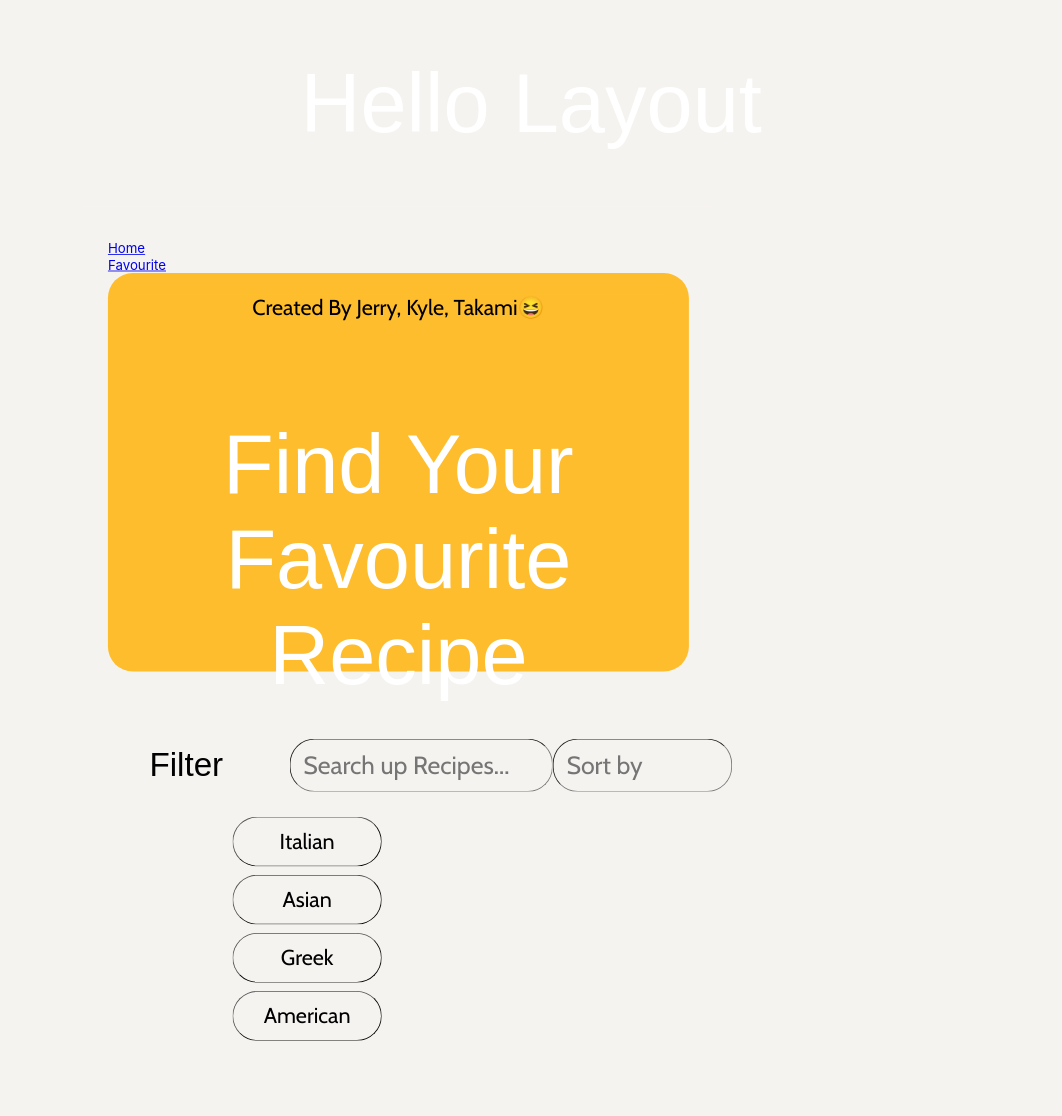
Repository: takamilinagaki/COMP3170-Project
Page: /
An editor plug-in stored every save of this project. The page is shown before and after the next save, followed by the edit.
The browser window is 1280 px wide. The pictures show the whole page, at 83% of full size.
Some web fonts or font styles are not loaded; a fallback is used. The project was rebuilt for these pictures with package versions that can differ from the ones it lists, and the page was loaded fresh each time. Also part of the build but not shown: src/routes/Favourite.jsx.

Above is the page before, as saved 2023-11-19 21:46:54.

### src/App.js
import { BrowserRouter, Routes } from "react-router-dom";
import "./styles.css";
import { config } from "./routes/config";

export default function App(){
  return (
    <BrowserRouter>
    <Routes>
      {config}
    </Routes>
    </BrowserRouter>
  )
}

### src/styles.css
body {
    background-color: #F5F3F0;
  }
  .App {
    display: flex;
    flex-direction: column;
    padding: 10px 30px;
    margin: 0px 100px;
  }

  .homePageTopSection{
    height: 480px;
    background-color: #FEBD2D;
    border-radius: 30px;
    font-family: 'Cabin', sans-serif;
    margin: 0px 100px;
  }

  .navBar{
    padding: 0 30px;
  }

  h1{
    font-size: 100px;
    color: white;
    text-align: center;
    font-weight: normal;
    font-family: 'Cagliostro', sans-serif;
  }


  button{
    width: 180px;
    height: 60px;
    border-radius: 40px;
    border-width: 1px;
    background-color: #F5F3F0;
    font-size: 26px;
    font-family: 'Cabin', sans-serif;
  }

  button:hover{
    background-color: #FEBD2D;
  }

  .filterButtons{
    display: flex;
    flex-direction: column;
    gap: 10px;
  }

  .searchings{
    display: flex;
    flex-direction: row;
    align-items: center;
    justify-content: space-between;
  }

  .searchResults{
    display: flex;
    flex-direction: row;
  }

  .cards{
    display: grid;
    grid-template-columns: auto auto auto;
    gap: 30px
  }

  .searchInput{
    width: 670px;
    height: 60px;
    border-radius: 30px;
    font-size: 30px;
    border-width: 1px;
    background-color: #F5F3F0;
    font-family: 'Cabin', sans-serif;
  }

  .sort{
    width: 210px;
    height: 60px;
    border-radius: 30px;
    font-size: 30px;
    border-width: 1px;
    background-color: #F5F3F0;
    font-family: 'Cabin', sans-serif;
  }

  .filterFont{
    font-size: 40px;
    padding-right: 80px;
    font-family: 'Cagliostro', sans-serif;
  }

  .bottomSection{
    padding: 50px 50px;
  }

  .searchResults{
    padding: 0px 30px;
    justify-content: space-between;
  }

  @media (max-width: 1439px) {
    .App {
      width: 700px;
    }
  }

  @media (max-width: 2560px) {
    .App {
      display: flex;
      flex-direction: column;
      padding: 40px 30px;
      background-color: #F5F3F0;
      margin: 0px 100px;
    }
    .homePageTopSection{
      background-color: #FEBD2D;
      border-radius: 30px;
      font-family: 'Cabin', sans-serif;
      margin: 0;
    }
    .searchResults {
      padding: 0px 30px;
      padding-left: 100px;
      gap: 60px;
  }
  }

### src/routes/config.jsx
import { Route } from "react-router-dom";

import Layout from "../components/Layout";

import HomePage from "../routes/HomePage";
import Favourite from "../routes/Favourite";

export const config = (
    <Route element={<Layout/>}>
        <Route path ="/">
            <Route index element={<HomePage/>}/>
            <Route path="Favourite">
                <Route index element={<Favourite/>}/>
                <Route path=":id" element={<Favourite/>} />
            </Route>
        </Route>
    </Route>
)

### src/components/Layout.jsx
import { Outlet } from "react-router-dom";

export default function Layout(){
    return (
        <div>
            <h1>Hello Layout</h1>
            <Outlet/>
        </div>
    )
}

### src/routes/HomePage.jsx
import { Link } from "react-router-dom";

export default function HomePage() {
  return (
    <div className="App">
        <Link to="/">Home</Link>
        <Link to="Favourite">Favourite</Link>
      <div className="homePageTopSection">
        <div className="navBar">
        <div style={{
            width:'100%',
            height: '80px',
            backgroundColor: '#FEBD2D',
            fontSize: '16px',
            textAlign: 'center',
            alignSelf: 'center'
        }}>
          <p style={{fontSize: 26}}>Created By Jerry, Kyle, Takami😆</p>
        </div>
        </div>
         <h1>Find Your Favourite Recipe</h1>
      </div>

<div className="bottomSection">
   <div className="searchings">
          <p className="filterFont">Filter</p>
          <input
           className="searchInput"
           type="text"
           placeholder='  Search up Recipes...'/>

           <input
           className="sort"
           placeholder='  Sort by'
           />
    </div>

    <div className="searchResults">
         <div className="filterButtons">
          <button>Italian</button>
          <button>Asian</button>
          <button>Greek</button>
          <button>American</button>
         </div>

         <div className="cards">

         </div>
    </div>
</div>


    </div>
  );
}

Loaded but not shown: public/index.html (common file); src/index.js (common file); src/index.css (common file); src/reportWebVitals.js (common file)

After the next save:
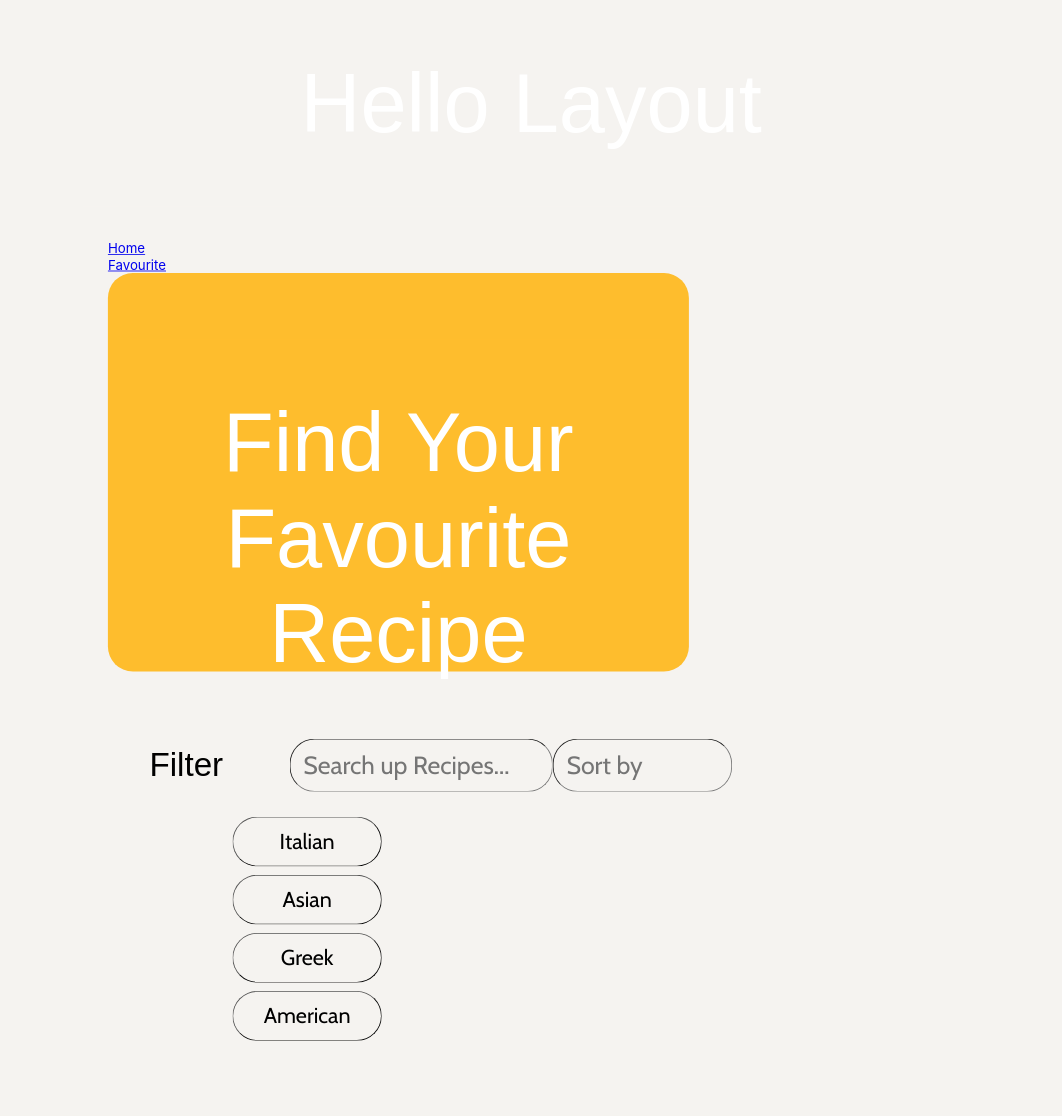
Saved 10 s later.
--- a/src/routes/HomePage.jsx
+++ b/src/routes/HomePage.jsx
@@ -15,7 +15,6 @@ export default function HomePage() {
             textAlign: 'center',
             alignSelf: 'center'
         }}>
-          <p style={{fontSize: 26}}>Created By Jerry, Kyle, Takami😆</p>
         </div>
         </div>
          <h1>Find Your Favourite Recipe</h1>
